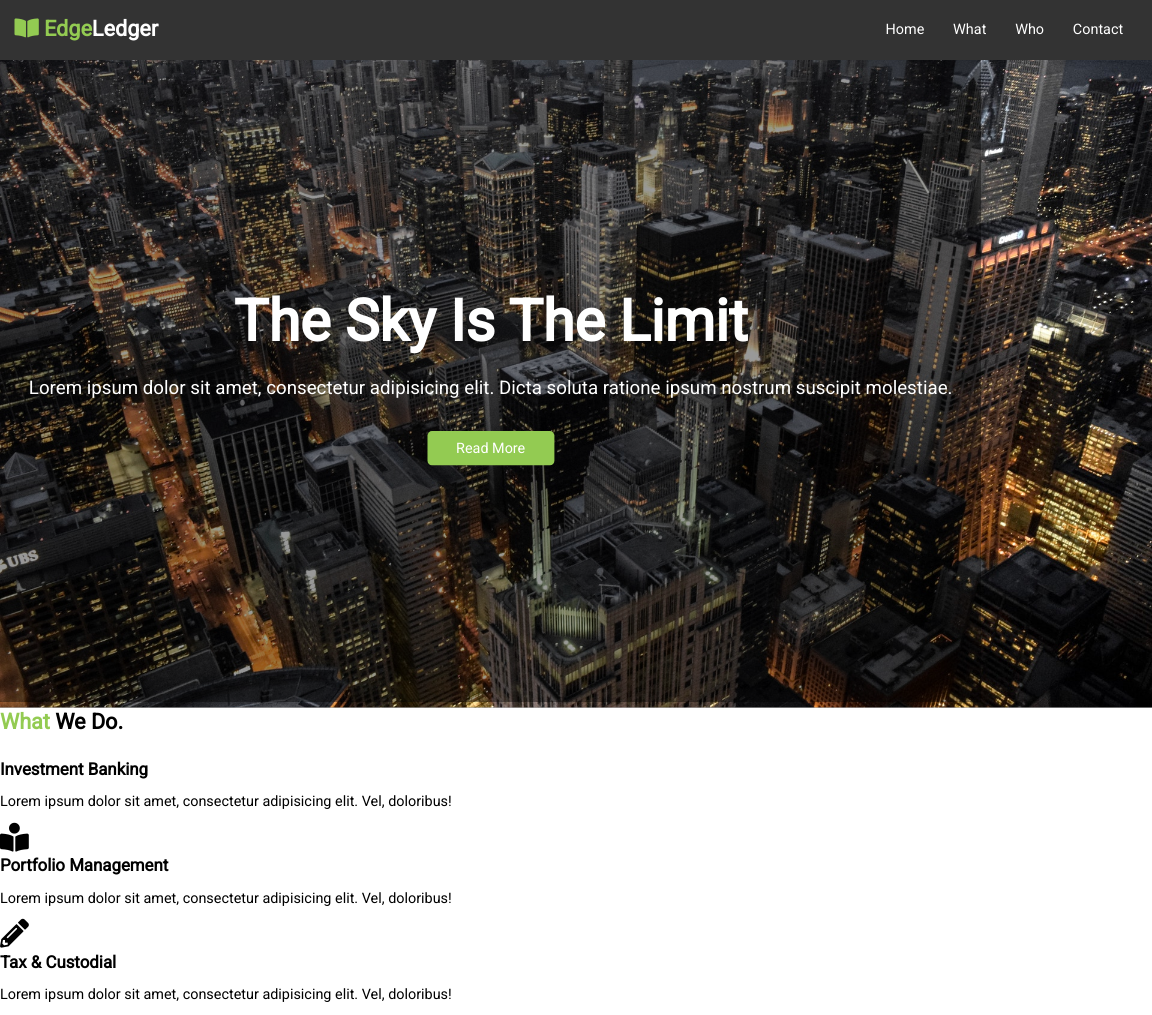
Repository: dimlutine/EdgeLedger
Page: index.html
The author's editor kept a copy of each file at every save. The page is drawn from the files as they stood at one save, then again after the next save.
The browser window is 1280 px wide. The pictures show the whole page, at 90% of full size.
Some icons come from a web library that is not loaded, so they are not drawn. Some web libraries are served in a nearby version.

Above is the page before, as saved 2019-07-06 19:03:39.

### index.html
<!DOCTYPE html>
<html lang="en">

<head>
    <meta charset="UTF-8">
    <meta name="viewport" content="width=device-width, initial-scale=1.0">
    <meta http-equiv="X-UA-Compatible" content="ie=edge">
    <link rel="stylesheet" href="https://use.fontawesome.com/releases/v5.6.3/css/all.css" integrity="sha384-UHRtZLI+pbxtHCWp1t77Bi1L4ZtiqrqD80Kn4Z8NTSRyMA2Fd33n5dQ8lWUE00s/" crossorigin="anonymous">
    <link rel="stylesheet" media="screen and (max-width: 768px)" href="css/mobile.css">
    <link rel="stylesheet" media="screeb abd (min-width: 1100px)" href="css/widescreen.css">
    <link rel="stylesheet" href="css/style.css">
    <title>EdgeLedger Financial | Accounting & Investment</title>
</head>

<body id="home">
    <!-- Navbar -->
    <nav id="navbar">
        <h1 class="logo">
            <span class="text-primary"><i class="fas fa-book-open"></i> Edge</span>Ledger
        </h1>
        <ul>
            <li><a href="#home">Home</a></li>
            <li><a href="#what">What</a></li>
            <li><a href="#who">Who</a></li>
            <li><a href="#contacts">Contact</a></li>
        </ul>
    </nav>
    <!-- Header: Showcase -->
    <header id="showcase">
        <div class="showcase-content">
            <h1 class="l-heading">
                The Sky Is The Limit
            </h1>
            <p class="lead">Lorem ipsum dolor sit amet, consectetur adipisicing elit. Dicta soluta ratione ipsum nostrum suscipit molestiae.</p>
            <a href="#what" class="btn">Read More</a>
        </div>
    </header>
    <!-- Section: What We Do -->
    <section id="what" class="bg-light py-1">
        <div class="container">
            <h2 class="m-heading">
                <span class="text-primary">What</span> We Do.
            </h2>
            <div class="items">
                <div class="item">
                    <i class="fas fa-univerity fa-2x"></i>
                    <div>
                        <h3>Investment Banking</h3>
                        <p>Lorem ipsum dolor sit amet, consectetur adipisicing elit. Vel, doloribus!</p>

                    </div>
                </div>
                <div class="item">
                    <i class="fas fa-book-reader fa-2x"></i>
                    <div>
                        <h3>Portfolio Management</h3>
                        <p>Lorem ipsum dolor sit amet, consectetur adipisicing elit. Vel, doloribus!</p>

                    </div>
                </div>
                <div class="item">
                    <i class="fas fa-pencil-alt fa-2x"></i>
                    <div>
                        <h3>Tax & Custodial</h3>
                        <p>Lorem ipsum dolor sit amet, consectetur adipisicing elit. Vel, doloribus!</p>

                    </div>
                </div>
            </div>
        </div>
    </section>
</body>

</html>

### css/style.css
@import url('https://fonts.googleapis.com/css?family=Roboto&display=swap');
* {
    margin: 0;
    padding: 0;
}

body {
    font-family: 'Roboto', sans-serif;
    line-height: 1.4;
}

a {
    text-decoration: none;
}

p {
    margin: .75rem 0;
}


/* Utility Classes */

.text-primary {
    color: #93cb52;
}

.l-heading {
    font-size: 4rem;
    margin-bottom: 0.75rem;
    line-height: 1.1;
}

.lead {
    font-size: 1.3rem;
    margin-bottom: 2rem;
}

.btn {
    display: inline-block;
    color: #fff;
    background: #93cb52;
    padding: 0.5rem 2rem;
    border: none;
    border-radius: 5px;
}

.btn:hover {
    background: #7ab436;
}

.btn-dark {
    background: #333;
    color: #fff;
}


/* Navbar */

#navbar {
    display: flex;
    position: sticky;
    top: 0;
    background: #333;
    color: #fff;
    justify-content: space-between;
    z-index: 1;
    padding: 1rem;
}

#navbar ul {
    display: flex;
    align-items: center;
    list-style: none;
}

#navbar ul li a {
    color: #fff;
    padding: 0.75rem;
    margin: 0 0.25rem;
}

#navbar ul li a:hover {
    background: #93cb52;
    border-radius: 5px;
}


/* Showcase */

#showcase {
    background: #333 url(../img/showcase.jpg) no-repeat center center/cover;
    height: 100vh;
    color: #fff;
}

#showcase .showcase-content {
    height: 100%;
    display: flex;
    flex-direction: column;
    justify-content: center;
    text-align: center;
    align-items: center;
    padding: 0 2rem;
    /* Overlay */
    position: absolute;
    top: 60px;
    left: 0;
    background-color: rgba(0, 0, 0, .4);
}

Loaded but not shown: css/mobile.css (no stored copy; drawn as an empty file); css/widescreen.css (no stored copy; drawn as an empty file)

After the next save:
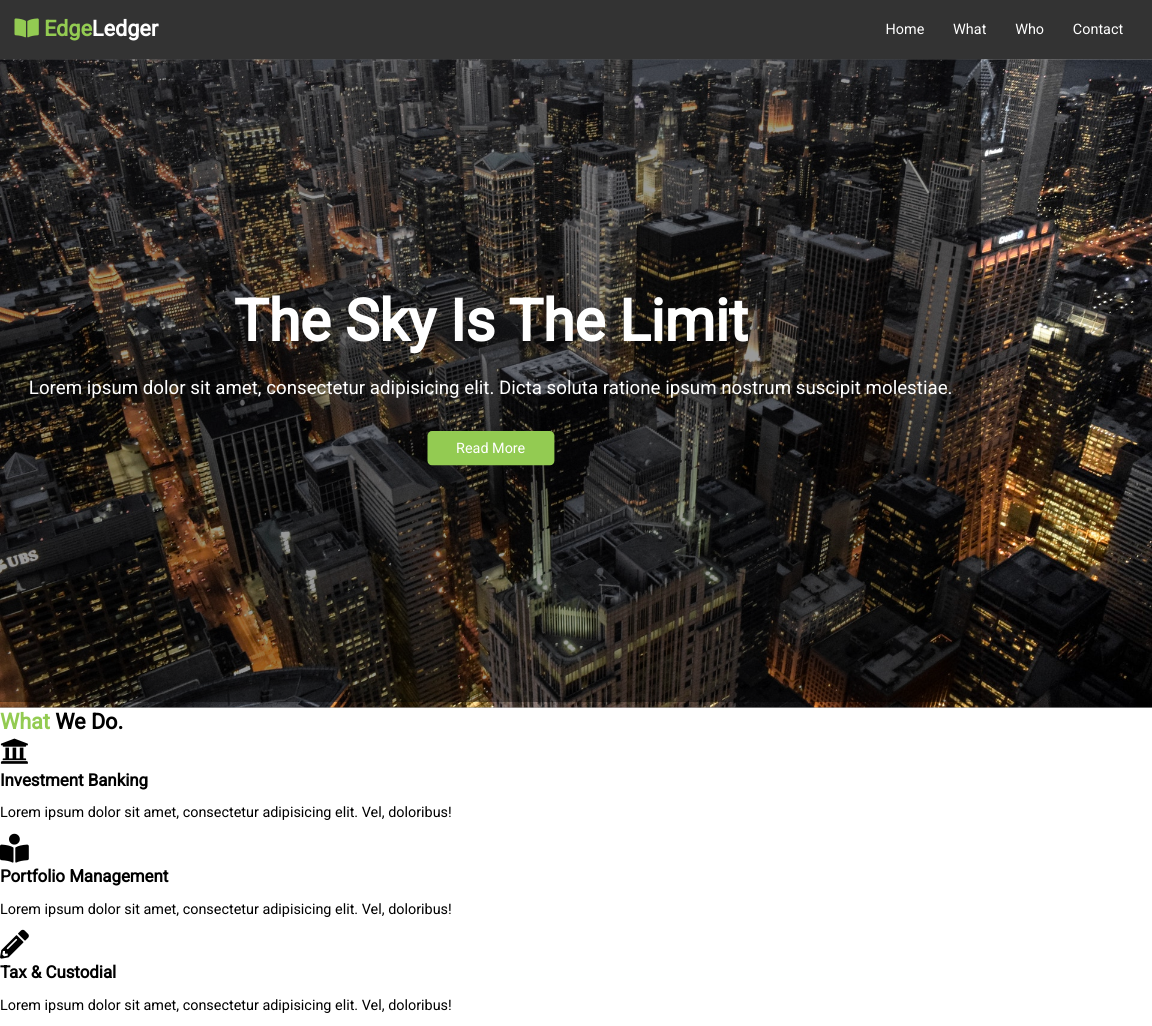
Saved 7 min 25 s later.
--- a/index.html
+++ b/index.html
@@ -43,7 +43,7 @@
             </h2>
             <div class="items">
                 <div class="item">
-                    <i class="fas fa-univerity fa-2x"></i>
+                    <i class="fas fa-university fa-2x"></i>
                     <div>
                         <h3>Investment Banking</h3>
                         <p>Lorem ipsum dolor sit amet, consectetur adipisicing elit. Vel, doloribus!</p>
